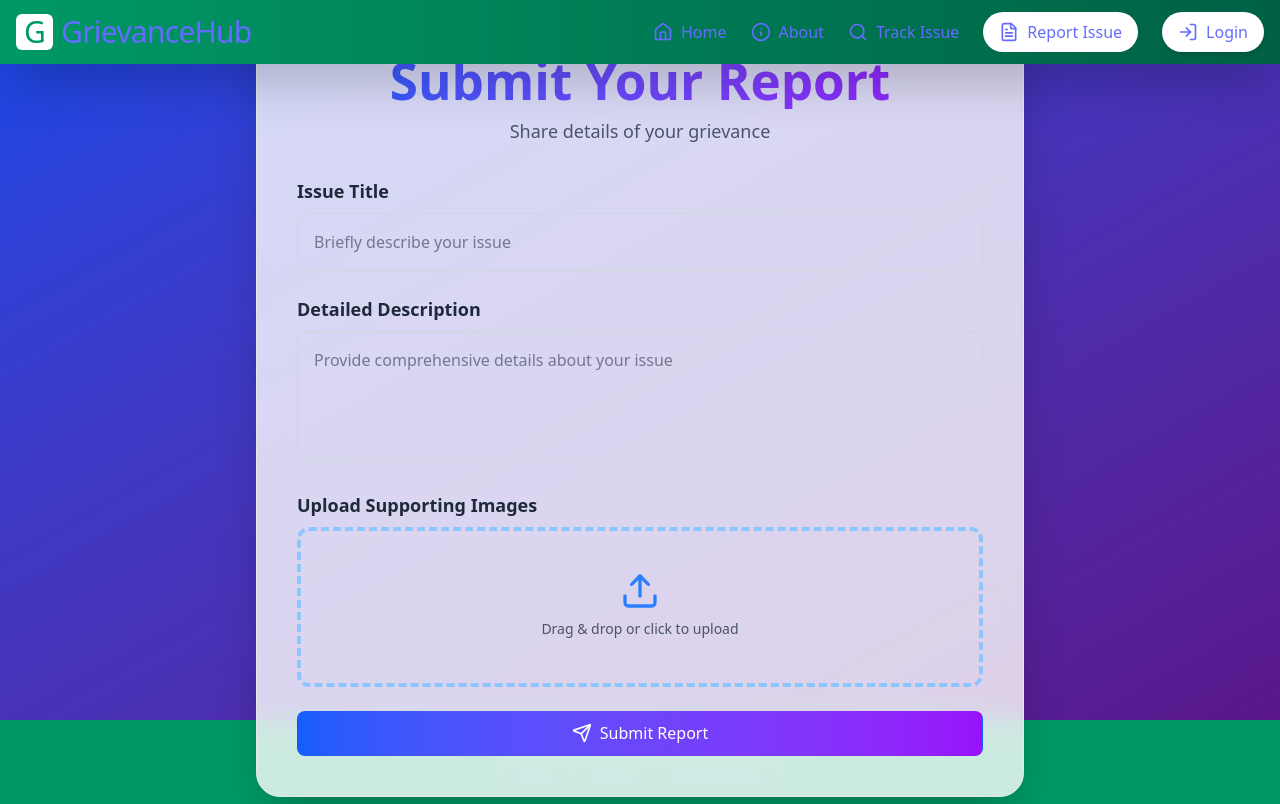
Repository: Aishi4/Grievance-Hub
Page: /report (app in my-vite-Griv/)
The author's editor kept a copy of each file at every save. The page is drawn from the files as they stood at one save, then again after the next save.
The browser window is 1280 px wide. The pictures show the whole page.
The project was rebuilt for these pictures with package versions that can differ from the ones it lists, and the page was loaded fresh each time. Also part of the build but not shown: my-vite-Griv/vite.config.js, my-vite-Griv/src/Home.jsx, my-vite-Griv/src/Report.jsx, my-vite-Griv/src/App.jsx, my-vite-Griv/src/About.jsx, my-vite-Griv/src/TrackIssue.jsx.

Above is the page before, as saved 2025-03-27 21:39:52.

### my-vite-Griv/src/main.jsx
import { StrictMode } from 'react'
import { createRoot } from 'react-dom/client'
import './index.css'
import App from './App.jsx'
import { Route,createBrowserRouter, createRoutesFromElements, RouterProvider } from 'react-router'
import Layout from './Layout.jsx'
import Home from './Home.jsx'
import Report from './Report.jsx'
import About from './About.jsx'
import TrackIssue from './TrackIssue.jsx'
import ReportSubmit from './ReportSubmit.jsx'

const router = createBrowserRouter(
  createRoutesFromElements(
    <Route path='/' element={<Layout />}>
      <Route path="" element={<Home />} />
      <Route path="report" element={<ReportSubmit />} />
      <Route path="about" element={<About />} />
      <Route path="track" element={<TrackIssue />} />

    </Route>
  )
)

createRoot(document.getElementById('root')).render(
  <StrictMode>




    <RouterProvider router={router} />

  </StrictMode>,
)

### my-vite-Griv/src/Layout.jsx
import React from 'react'
import Navbar from './Navbar'
import Footer from './Footer'
import { Outlet } from 'react-router-dom'

function Layout() {
  return (
    <>
    <Navbar/>
    <main className="flex-grow text-gray-900 dark:text-white dark:bg-gray-900">
                <Outlet />
            </main>
    <Footer />
    </>
  )
}

export default Layout

### my-vite-Griv/src/ReportSubmit.jsx
import { useState } from "react";
import { motion } from "framer-motion";
import { Upload, FileText, Send } from "lucide-react";
import { ToastContainer, toast } from "react-toastify";
import "react-toastify/dist/ReactToastify.css";

const ReportSubmit = () => {
  const [formData, setFormData] = useState({
    title: "",
    description: "",
    images: [],
  });
  const [previews, setPreviews] = useState([]);
  const [loading, setLoading] = useState(false);

  const handleChange = (e) => {
    const { name, value } = e.target;
    setFormData({ ...formData, [name]: value });
  };

  const handleFileChange = (e) => {
    const files = Array.from(e.target.files);
    setFormData({ ...formData, images: files });

    const filePreviews = files.map((file) => URL.createObjectURL(file));
    setPreviews(filePreviews);
  };

  const handleSubmit = (e) => {
    e.preventDefault();
    setLoading(true);
    setTimeout(() => {
      toast.success("Report submitted successfully!");
      setFormData({ title: "", description: "", images: [] });
      setPreviews([]);
      setLoading(false);
    }, 2000);
  };

  return (
    <div className="h-screen w-screen bg-gradient-to-br from-blue-700 to-purple-900 flex items-center justify-center p-6">
      <motion.div
        initial={{ opacity: 0, scale: 0.9 }}
        animate={{ opacity: 1, scale: 1 }}
        transition={{ duration: 0.5 }}
        className="bg-white/80 backdrop-blur-md rounded-3xl shadow-2xl w-full max-w-3xl overflow-hidden border border-gray-200 p-10"
      >
        <motion.div
          initial={{ y: -20, opacity: 0 }}
          animate={{ y: 0, opacity: 1 }}
          transition={{ delay: 0.2 }}
          className="text-center mb-8"
        >
          <div className="flex justify-center mb-4">
            <div className="bg-blue-100 p-4 rounded-full shadow-lg">
              <FileText size={40} className="text-blue-600" />
            </div>
          </div>
          <h1 className="text-5xl font-extrabold text-transparent bg-clip-text bg-gradient-to-r from-blue-600 to-purple-600">
            Submit Your Report
          </h1>
          <p className="text-gray-600 mt-2 text-lg">Share details of your grievance</p>
        </motion.div>

        <form onSubmit={handleSubmit} className="space-y-6">
          <label className="block text-gray-800 font-semibold mb-2 text-lg">Issue Title</label>
          <input
            type="text"
            name="title"
            value={formData.title}
            onChange={handleChange}
            required
            className="w-full p-4 border border-gray-300 rounded-xl focus:outline-none focus:ring-2 focus:ring-blue-500 transition-all duration-300"
            placeholder="Briefly describe your issue"
          />

          <label className="block text-gray-800 font-semibold mb-2 text-lg">Detailed Description</label>
          <textarea
            name="description"
            value={formData.description}
            onChange={handleChange}
            required
            rows={4}
            className="w-full p-4 border border-gray-300 rounded-xl focus:outline-none focus:ring-2 focus:ring-blue-500 transition-all duration-300 resize-none"
            placeholder="Provide comprehensive details about your issue"
          />

          <label className="block text-gray-800 font-semibold mb-2 text-lg">Upload Supporting Images</label>
          <div className="flex items-center justify-center w-full">
            <label className="flex flex-col w-full h-40 border-4 border-dashed border-blue-300 hover:bg-blue-50 hover:border-blue-500 transition-all duration-300 rounded-xl cursor-pointer">
              <div className="flex flex-col items-center justify-center pt-10">
                <Upload size={40} className="text-blue-500 mb-2" />
                <p className="text-gray-600 text-sm">
                  {formData.images.length > 0
                    ? `${formData.images.length} image(s) selected`
                    : "Drag & drop or click to upload"}
                </p>
              </div>
              <input
                type="file"
                className="hidden"
                accept="image/*"
                multiple
                onChange={handleFileChange}
              />
            </label>
          </div>

          {previews.length > 0 && (
            <div className="mt-4 flex space-x-2 overflow-x-auto pb-2">
              {previews.map((preview, index) => (
                <img
                  key={index}
                  src={preview}
                  alt={`Preview ${index + 1}`}
                  className="h-24 w-24 object-cover rounded-lg border shadow-sm"
                />
              ))}
            </div>
          )}

          <motion.button
            whileHover={{ scale: 1.05 }}
            whileTap={{ scale: 0.95 }}
            type="submit"
            disabled={loading}
            className="w-full bg-gradient-to-r from-blue-600 to-purple-600 text-white p-4 rounded-xl font-semibold hover:from-blue-700 hover:to-purple-700 transition-all duration-300 flex items-center justify-center space-x-2"
          >
            {loading ? (
              <span className="animate-pulse">Submitting...</span>
            ) : (
              <>
                <Send size={20} />
                <span>Submit Report</span>
              </>
            )}
          </motion.button>
        </form>
      </motion.div>
      <ToastContainer />
    </div>
  );
};

export default ReportSubmit;

### my-vite-Griv/src/Navbar.jsx
import React, { useState } from 'react';
import { Link } from "react-router-dom";
import { motion } from "framer-motion";
import { Home, Info, Search, FileText, LogIn } from "lucide-react";

const Navbar = () => {
  const [isHovered, setIsHovered] = useState(null);

  const navItems = [
    {
      to: "/",
      label: "Home",
      icon: Home
    },
    {
      to: "/about",
      label: "About",
      icon: Info
    },
    {
      to: "/track",
      label: "Track Issue",
      icon: Search
    },
    {
      to: "/report",
      label: "Report Issue",
      icon: FileText,
      special: true
    }
  ];

  return (
    <motion.nav
      initial={{ opacity: 0, y: -50 }}
      animate={{ opacity: 1, y: 0 }}
      transition={{ duration: 0.6, type: "spring", stiffness: 50 }}
      className="fixed w-full z-50 bg-gradient-to-r from-emerald-600 to-emerald-800 text-white shadow-2xl"
    >
      <div className="container mx-auto px-4 py-3 flex justify-between items-center">
        {/* Logo with Hover Effect */}
        <motion.div
          whileHover={{ scale: 1.1 }}
          whileTap={{ scale: 0.95 }}
        >
          <Link
            to="/"
            className="text-3xl font-extrabold tracking-tight flex items-center space-x-2"
          >
            <span className="bg-white text-emerald-600 px-2 rounded-md">G</span>
            <span>GrievanceHub</span>
          </Link>
        </motion.div>

        {/* Navigation Links and Login */}
        <div className="flex items-center space-x-6">
          {navItems.map((item, index) => (
            <motion.div
              key={item.to}
              onHoverStart={() => setIsHovered(index)}
              onHoverEnd={() => setIsHovered(null)}
              className="relative"
            >
              <Link
                to={item.to}
                className={`
                  flex items-center space-x-2
                  ${item.special
                    ? 'bg-white text-emerald-600 px-4 py-2 rounded-full'
                    : 'text-white hover:text-emerald-200'}
                  transition-all duration-300
                `}
              >
                <item.icon size={20} />
                <span>{item.label}</span>
              </Link>

              {!item.special && isHovered === index && (
                <motion.div
                  layoutId="underline"
                  className="absolute bottom-[-6px] left-0 right-0 h-1 bg-white rounded-full"
                  initial={{ width: 0 }}
                  animate={{ width: '100%' }}
                />
              )}
            </motion.div>
          ))}

          {/* Login Button */}
          <motion.div
            whileHover={{ scale: 1.05 }}
            whileTap={{ scale: 0.95 }}
          >
            <Link
              to="/login"
              className="flex items-center space-x-2 bg-white text-emerald-700 px-4 py-2 rounded-full font-semibold shadow-md hover:bg-emerald-50 transition-all duration-300"
            >
              <LogIn size={20} />
              <span>Login</span>
            </Link>
          </motion.div>
        </div>
      </div>
    </motion.nav>
  );
};

export default Navbar;

### my-vite-Griv/src/Footer.jsx
const Footer = () => {
    return (
      <footer className="bg-emerald-600 text-white py-4  text-center">
        <div className="container mx-auto">
          <p className="text-sm">&copy; {new Date().getFullYear()} GrievanceHub. All rights reserved.</p>
          <div className="flex justify-center space-x-6 mt-2">
            <a href="/about" className="hover:underline">About</a>
            <a href="/contact" className="hover:underline">Contact</a>
            <a href="/privacy" className="hover:underline">Privacy Policy</a>
          </div>
        </div>
      </footer>
    );
  };

  export default Footer;

Loaded but not shown: my-vite-Griv/index.html (common file); my-vite-Griv/src/index.css (common file)

After the next save:
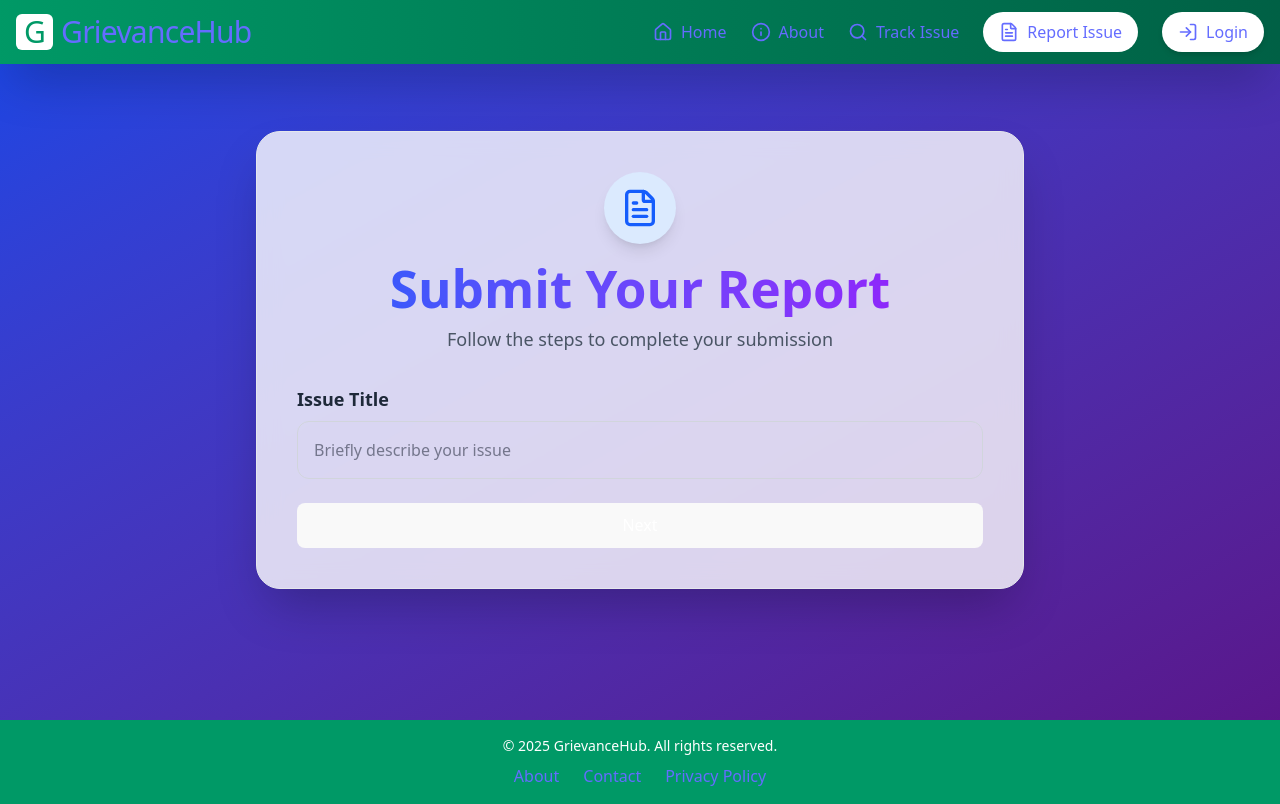
Saved 101 s later.
--- a/my-vite-Griv/src/ReportSubmit.jsx
+++ b/my-vite-Griv/src/ReportSubmit.jsx
@@ -5,6 +5,7 @@ import { ToastContainer, toast } from "react-toastify";
 import "react-toastify/dist/ReactToastify.css";
 
 const ReportSubmit = () => {
+  const [step, setStep] = useState(1);
   const [formData, setFormData] = useState({
     title: "",
     description: "",
@@ -34,6 +35,7 @@ const ReportSubmit = () => {
       setFormData({ title: "", description: "", images: [] });
       setPreviews([]);
       setLoading(false);
+      setStep(1);
     }, 2000);
   };
 
@@ -59,82 +61,85 @@ const ReportSubmit = () => {
           <h1 className="text-5xl font-extrabold text-transparent bg-clip-text bg-gradient-to-r from-blue-600 to-purple-600">
             Submit Your Report
           </h1>
-          <p className="text-gray-600 mt-2 text-lg">Share details of your grievance</p>
+          <p className="text-gray-600 mt-2 text-lg">Follow the steps to complete your submission</p>
         </motion.div>
 
         <form onSubmit={handleSubmit} className="space-y-6">
-          <label className="block text-gray-800 font-semibold mb-2 text-lg">Issue Title</label>
-          <input
-            type="text"
-            name="title"
-            value={formData.title}
-            onChange={handleChange}
-            required
-            className="w-full p-4 border border-gray-300 rounded-xl focus:outline-none focus:ring-2 focus:ring-blue-500 transition-all duration-300"
-            placeholder="Briefly describe your issue"
-          />
-
-          <label className="block text-gray-800 font-semibold mb-2 text-lg">Detailed Description</label>
-          <textarea
-            name="description"
-            value={formData.description}
-            onChange={handleChange}
-            required
-            rows={4}
-            className="w-full p-4 border border-gray-300 rounded-xl focus:outline-none focus:ring-2 focus:ring-blue-500 transition-all duration-300 resize-none"
-            placeholder="Provide comprehensive details about your issue"
-          />
-
-          <label className="block text-gray-800 font-semibold mb-2 text-lg">Upload Supporting Images</label>
-          <div className="flex items-center justify-center w-full">
-            <label className="flex flex-col w-full h-40 border-4 border-dashed border-blue-300 hover:bg-blue-50 hover:border-blue-500 transition-all duration-300 rounded-xl cursor-pointer">
-              <div className="flex flex-col items-center justify-center pt-10">
-                <Upload size={40} className="text-blue-500 mb-2" />
-                <p className="text-gray-600 text-sm">
-                  {formData.images.length > 0
-                    ? `${formData.images.length} image(s) selected`
-                    : "Drag & drop or click to upload"}
-                </p>
-              </div>
+          {step === 1 && (
+            <>
+              <label className="block text-gray-800 font-semibold mb-2 text-lg">Issue Title</label>
               <input
-                type="file"
-                className="hidden"
-                accept="image/*"
-                multiple
-                onChange={handleFileChange}
+                type="text"
+                name="title"
+                value={formData.title}
+                onChange={handleChange}
+                required
+                className="w-full p-4 border border-gray-300 rounded-xl focus:outline-none focus:ring-2 focus:ring-blue-500 transition-all duration-300"
+                placeholder="Briefly describe your issue"
               />
-            </label>
-          </div>
-
-          {previews.length > 0 && (
-            <div className="mt-4 flex space-x-2 overflow-x-auto pb-2">
-              {previews.map((preview, index) => (
-                <img
-                  key={index}
-                  src={preview}
-                  alt={`Preview ${index + 1}`}
-                  className="h-24 w-24 object-cover rounded-lg border shadow-sm"
-                />
-              ))}
-            </div>
+              <button onClick={() => setStep(2)} className="w-full bg-blue-500 text-white p-3 rounded-xl">Next</button>
+            </>
           )}
 
-          <motion.button
-            whileHover={{ scale: 1.05 }}
-            whileTap={{ scale: 0.95 }}
-            type="submit"
-            disabled={loading}
-            className="w-full bg-gradient-to-r from-blue-600 to-purple-600 text-white p-4 rounded-xl font-semibold hover:from-blue-700 hover:to-purple-700 transition-all duration-300 flex items-center justify-center space-x-2"
-          >
-            {loading ? (
-              <span className="animate-pulse">Submitting...</span>
-            ) : (
-              <>
-                <Send size={20} />
-                <span>Submit Report</span>
-              </>
-            )}
-          </motion.button>
+          {step === 2 && (
+            <>
+              <label className="block text-gray-800 font-semibold mb-2 text-lg">Detailed Description</label>
+              <textarea
+                name="description"
+                value={formData.description}
+                onChange={handleChange}
+                required
+                rows={4}
+                className="w-full p-4 border border-gray-300 rounded-xl focus:outline-none focus:ring-2 focus:ring-blue-500 transition-all duration-300 resize-none"
+                placeholder="Provide comprehensive details about your issue"
+              />
+              <div className="flex justify-between">
+                <button onClick={() => setStep(1)} className="bg-gray-400 text-white p-3 rounded-xl">Back</button>
+                <button onClick={() => setStep(3)} className="bg-blue-500 text-white p-3 rounded-xl">Next</button>
+              </div>
+            </>
+          )}
+
+          {step === 3 && (
+            <>
+              <label className="block text-gray-800 font-semibold mb-2 text-lg">Upload Supporting Images</label>
+              <div className="flex items-center justify-center w-full">
+                <label className="flex flex-col w-full h-40 border-4 border-dashed border-blue-300 hover:bg-blue-50 hover:border-blue-500 transition-all duration-300 rounded-xl cursor-pointer">
+                  <div className="flex flex-col items-center justify-center pt-10">
+                    <Upload size={40} className="text-blue-500 mb-2" />
+                    <p className="text-gray-600 text-sm">
+                      {formData.images.length > 0
+                        ? `${formData.images.length} image(s) selected`
+                        : "Drag & drop or click to upload"}
+                    </p>
+                  </div>
+                  <input
+                    type="file"
+                    className="hidden"
+                    accept="image/*"
+                    multiple
+                    onChange={handleFileChange}
+                  />
+                </label>
+              </div>
+              {previews.length > 0 && (
+                <div className="mt-4 flex space-x-2 overflow-x-auto pb-2">
+                  {previews.map((preview, index) => (
+                    <img
+                      key={index}
+                      src={preview}
+                      alt={`Preview ${index + 1}`}
+                      className="h-24 w-24 object-cover rounded-lg border shadow-sm"
+                    />
+                  ))}
+                </div>
+              )}
+              <div className="flex justify-between">
+                <button onClick={() => setStep(2)} className="bg-gray-400 text-white p-3 rounded-xl">Back</button>
+                <button type="submit" disabled={loading} className="bg-green-500 text-white p-3 rounded-xl">Submit</button>
+              </div>
+            </>
+          )}
         </form>
       </motion.div>
       <ToastContainer />
